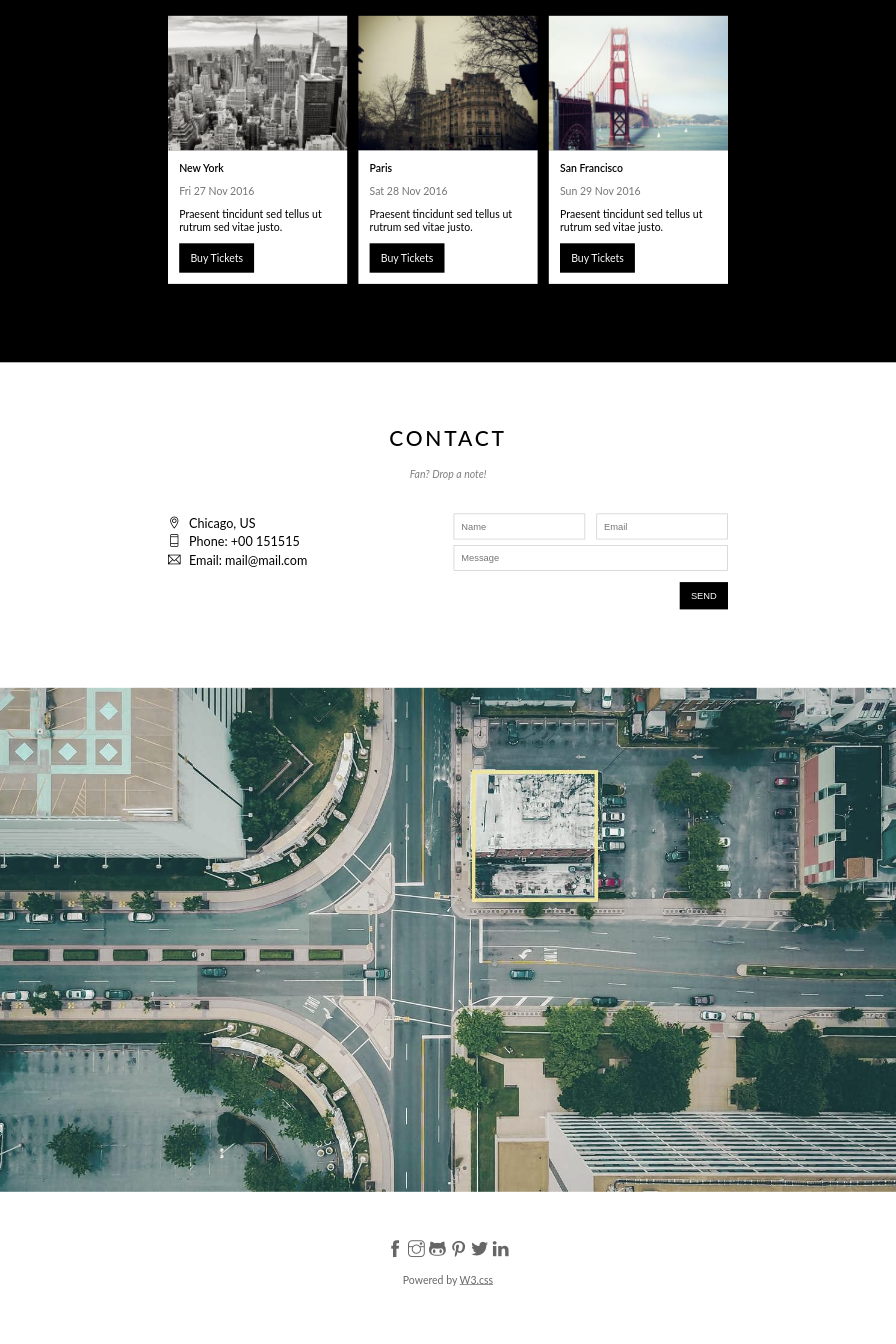
Repository: tatvanhco/web-dau-tay
Page: index.html
The author's editor kept a copy of each file at every save. The page is drawn from the files as they stood at one save, then again after the next save.
The browser window is 1280 px wide. The pictures show the part of the page from y = 1742 to 3662 px (the page is 3662 px tall before and 3659 px after), at 70% of full size.

Above is the page before, as saved 2022-01-24 18:17:36.

After the next save:
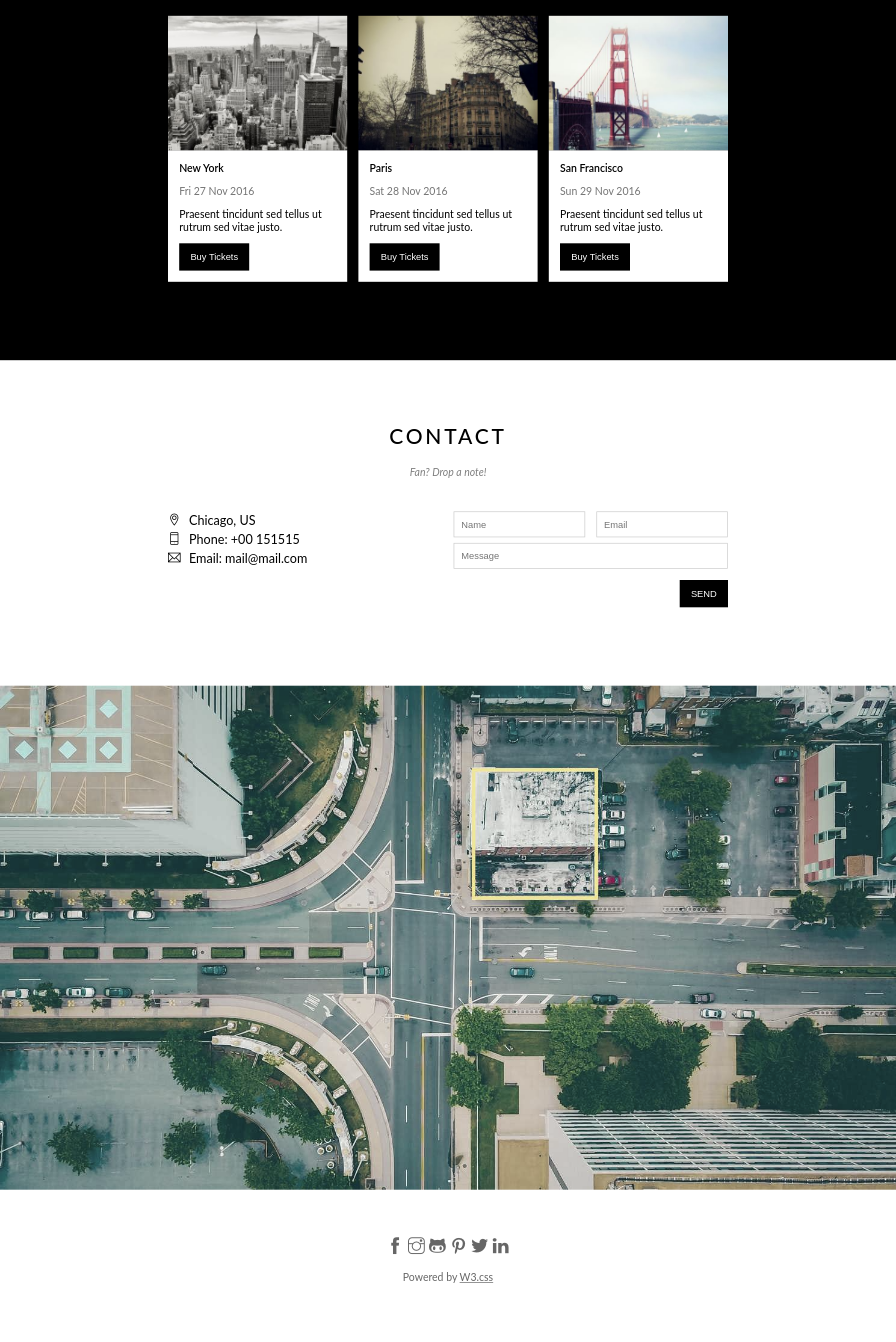
Saved 2 min 0 s later.
--- a/index.html
+++ b/index.html
@@ -82,7 +82,7 @@
                                 <h3 class="place-heading">New York</h3>
                                 <p class="place-time">Fri 27 Nov 2016</p>
                                 <p class="place-desc">Praesent tincidunt sed tellus ut rutrum sed vitae justo.</p>
-                                <a href="#" class="btn">Buy Tickets</a>
+                                <button class="btn">Buy Tickets</button>
                             </div>
                         </div>
                         <div class="col col-3">
@@ -91,7 +91,7 @@
                                 <h3 class="place-heading">Paris</h3>
                                 <p class="place-time">Sat 28 Nov 2016</p>
                                 <p class="place-desc">Praesent tincidunt sed tellus ut rutrum sed vitae justo.</p>
-                                <a href="#" class="btn">Buy Tickets</a>
+                                <button class="btn">Buy Tickets</button>
                             </div>
                         </div>
                         <div class="col col-3">
@@ -100,7 +100,7 @@
                                 <h3 class="place-heading">San Francisco</h3>
                                 <p class="place-time">Sun 29 Nov 2016</p>
                                 <p class="place-desc">Praesent tincidunt sed tellus ut rutrum sed vitae justo.</p>
-                                <a href="#" class="btn">Buy Tickets</a>
+                                <button class="btn">Buy Tickets</button>
                             </div>
                         </div>
                     </div>
